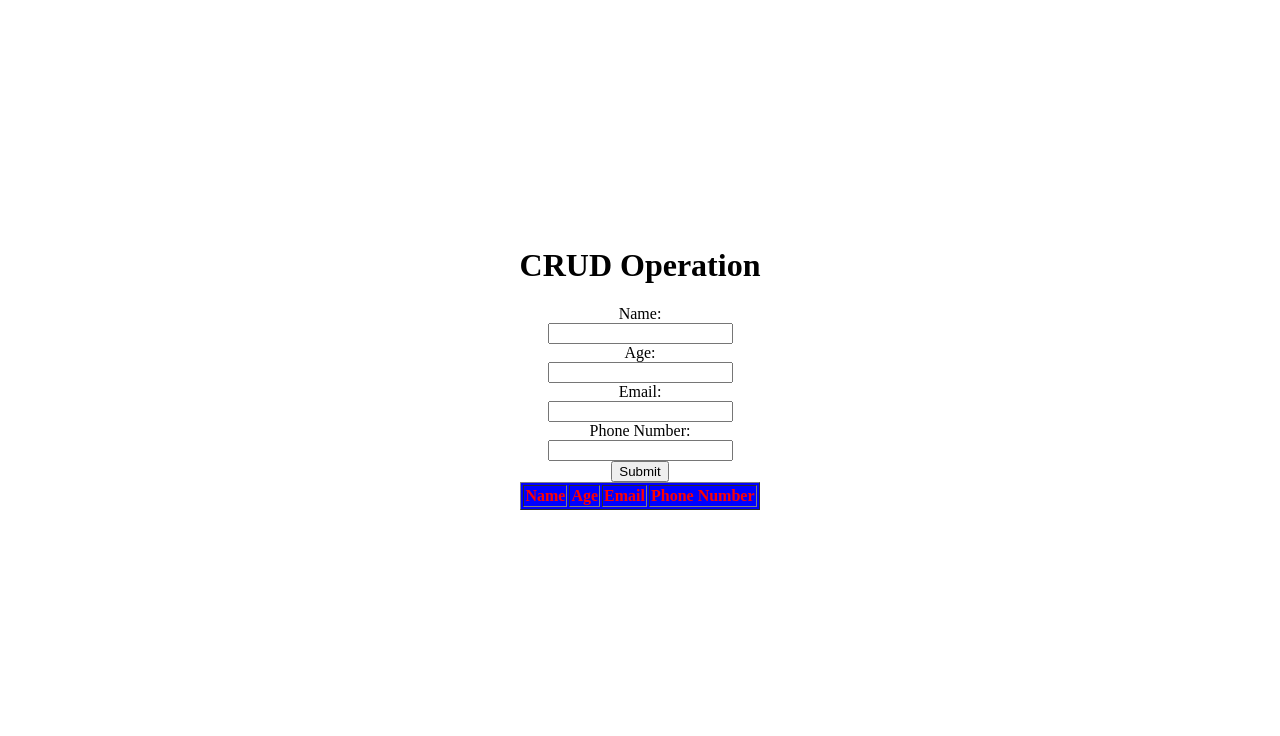
Repository: Josephkennedy603/CRUD-Operation
Page: /
An editor plug-in stored every save of this project. The page is shown before and after the next save, followed by the edit.
The browser window is 1280 px wide. The pictures show the whole page.
The page's requests for data from a server got no answer. The project was rebuilt for these pictures with package versions that can differ from the ones it lists, and the page was loaded fresh each time. No one was signed in, and anything a server would have sent is missing. Also part of the build but not shown: src/index.css, src/interview.jsx.

Above is the page before, as saved 2024-03-12 16:58:59.

After the next save:
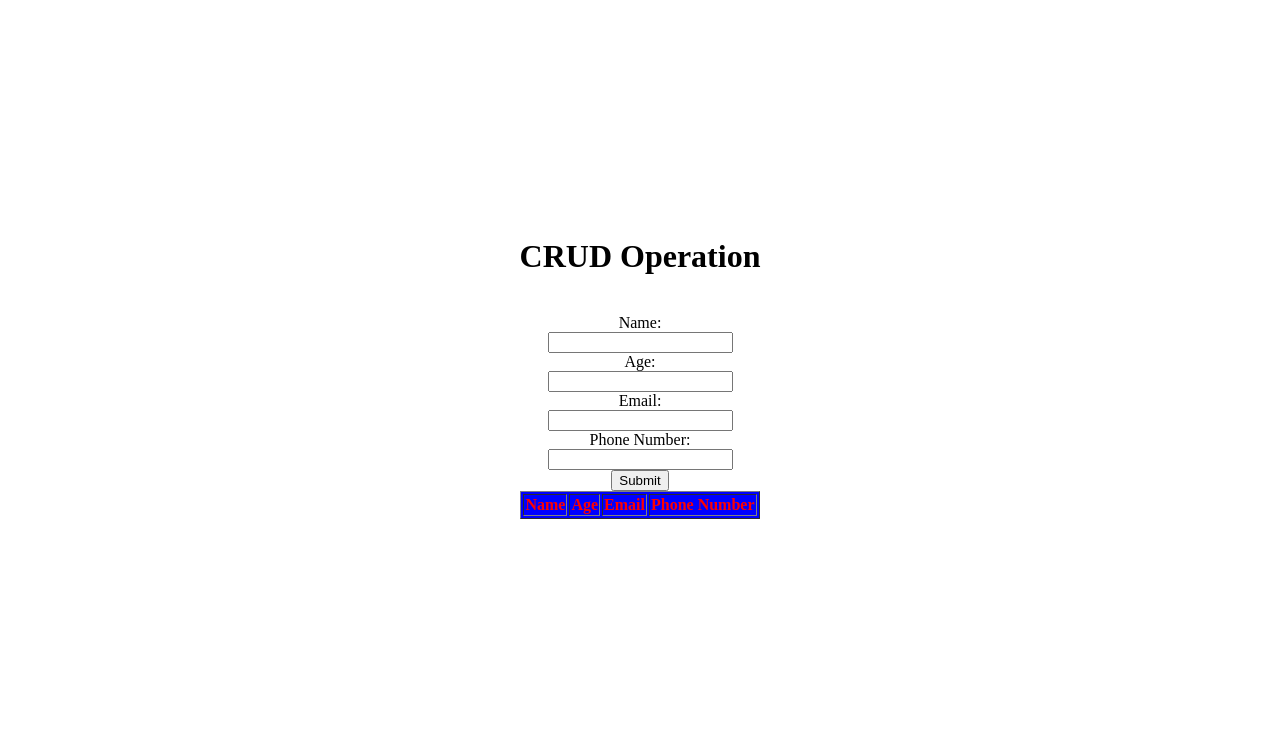
Saved 9 min 4 s later.
--- a/src/App.jsx
+++ b/src/App.jsx
@@ -35,7 +35,7 @@ const App = () => {
 console.log(user);
   return(
     <div className='main-container'>
-    <h1>CRUD Operation</h1>
+    <h1>CRUD Operation</h1> <br />
     {/* <Create  refetchUser={getUsers} /> */}
     <Create/>
 
